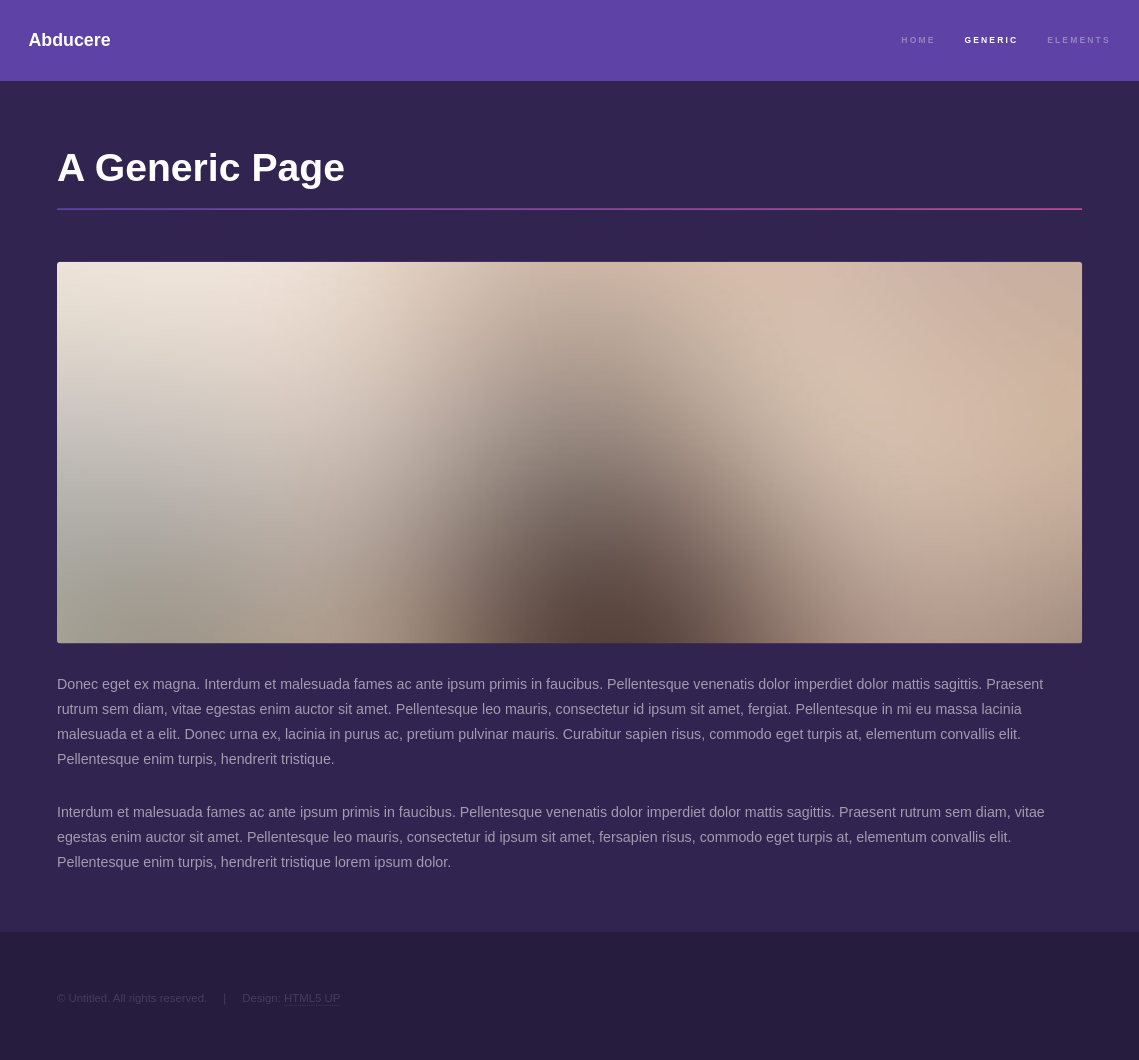
Repository: nocnoc94/nocnoc94.github.io
Page: the-problem.html
These files come from the project's save history. The page is drawn as it stood at one moment and after the next save; the edit follows.
The browser window is 1280 px wide. The pictures show the whole page, at 89% of full size.

Above is the page before, as saved 2024-02-21 23:00:31.

After the next save:
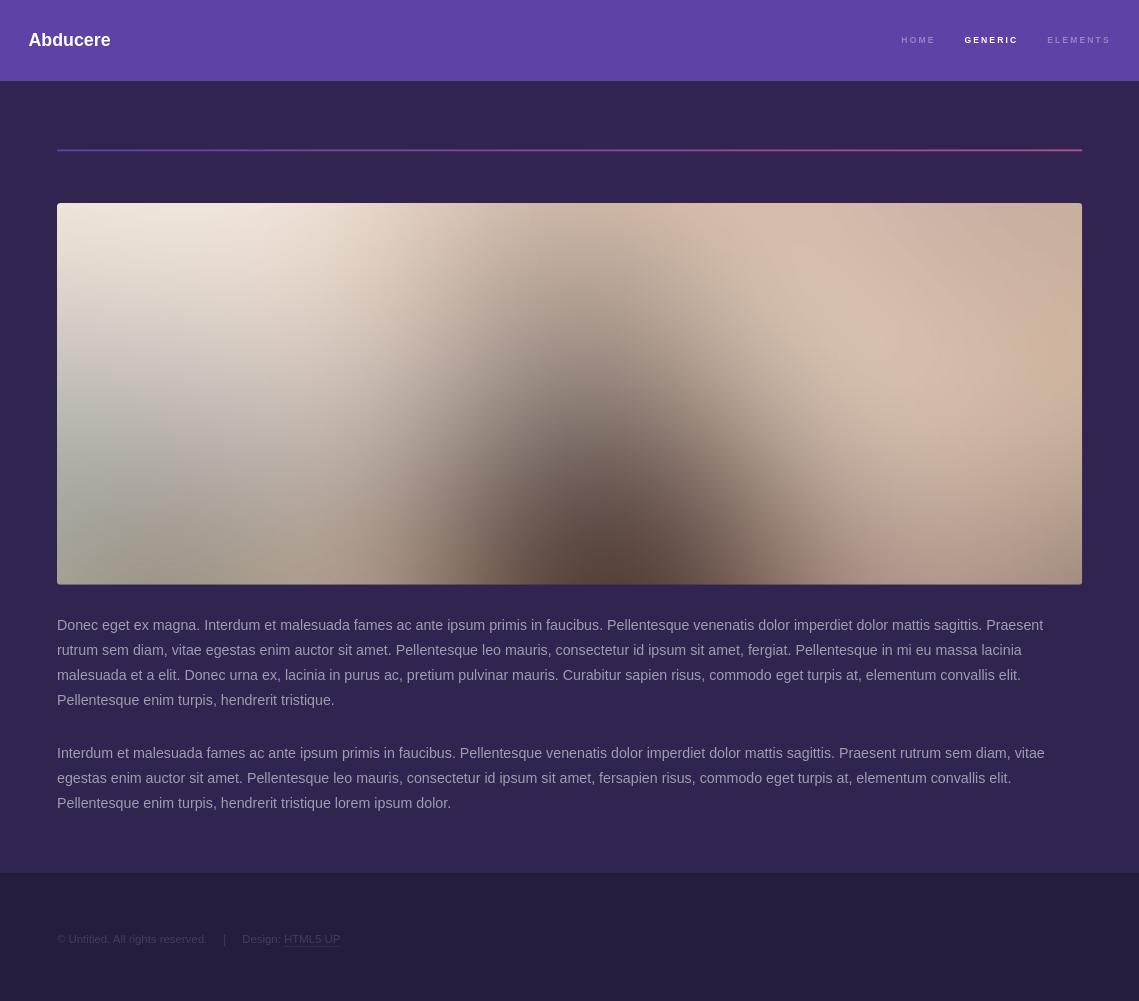
Saved 43 s later.
--- a/the-problem.html
+++ b/the-problem.html
@@ -32,7 +32,7 @@
 				<!-- Main -->
 					<section id="main" class="wrapper">
 						<div class="inner">
-							<h1 class="major">A Generic Page</h1>
+							<h1 class="major"></h1>
 							<span class="image fit"><img src="/static/images/pic04.jpg" alt="" /></span>
 							<p>Donec eget ex magna. Interdum et malesuada fames ac ante ipsum primis in faucibus. Pellentesque venenatis dolor imperdiet dolor mattis sagittis. Praesent rutrum sem diam, vitae egestas enim auctor sit amet. Pellentesque leo mauris, consectetur id ipsum sit amet, fergiat. Pellentesque in mi eu massa lacinia malesuada et a elit. Donec urna ex, lacinia in purus ac, pretium pulvinar mauris. Curabitur sapien risus, commodo eget turpis at, elementum convallis elit. Pellentesque enim turpis, hendrerit tristique.</p>
 							<p>Interdum et malesuada fames ac ante ipsum primis in faucibus. Pellentesque venenatis dolor imperdiet dolor mattis sagittis. Praesent rutrum sem diam, vitae egestas enim auctor sit amet. Pellentesque leo mauris, consectetur id ipsum sit amet, fersapien risus, commodo eget turpis at, elementum convallis elit. Pellentesque enim turpis, hendrerit tristique lorem ipsum dolor.</p>

After the save that followed:
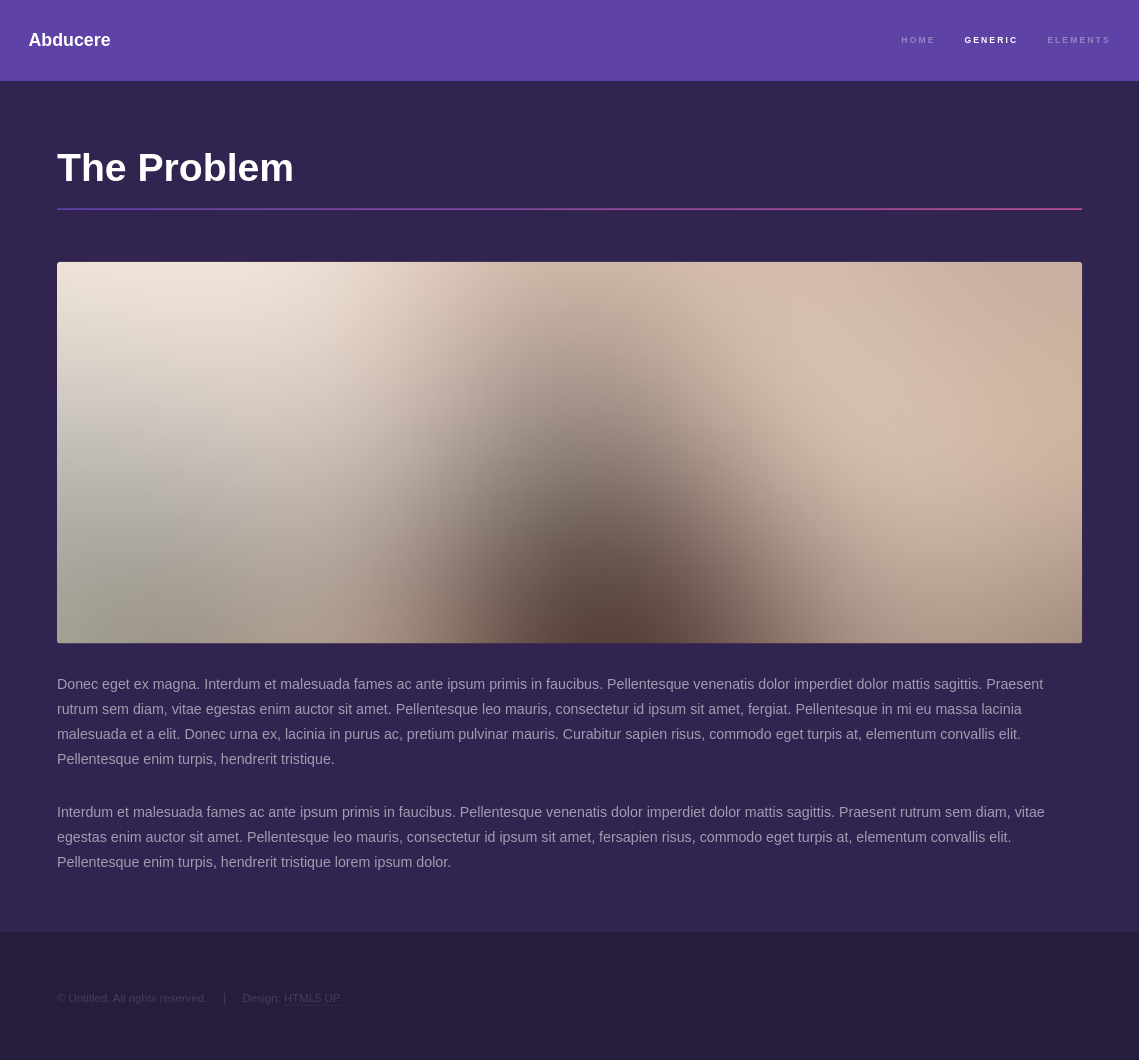
Saved 5 s later.
--- a/the-problem.html
+++ b/the-problem.html
@@ -32,7 +32,7 @@
 				<!-- Main -->
 					<section id="main" class="wrapper">
 						<div class="inner">
-							<h1 class="major"></h1>
+							<h1 class="major">The Problem</h1>
 							<span class="image fit"><img src="/static/images/pic04.jpg" alt="" /></span>
 							<p>Donec eget ex magna. Interdum et malesuada fames ac ante ipsum primis in faucibus. Pellentesque venenatis dolor imperdiet dolor mattis sagittis. Praesent rutrum sem diam, vitae egestas enim auctor sit amet. Pellentesque leo mauris, consectetur id ipsum sit amet, fergiat. Pellentesque in mi eu massa lacinia malesuada et a elit. Donec urna ex, lacinia in purus ac, pretium pulvinar mauris. Curabitur sapien risus, commodo eget turpis at, elementum convallis elit. Pellentesque enim turpis, hendrerit tristique.</p>
 							<p>Interdum et malesuada fames ac ante ipsum primis in faucibus. Pellentesque venenatis dolor imperdiet dolor mattis sagittis. Praesent rutrum sem diam, vitae egestas enim auctor sit amet. Pellentesque leo mauris, consectetur id ipsum sit amet, fersapien risus, commodo eget turpis at, elementum convallis elit. Pellentesque enim turpis, hendrerit tristique lorem ipsum dolor.</p>
